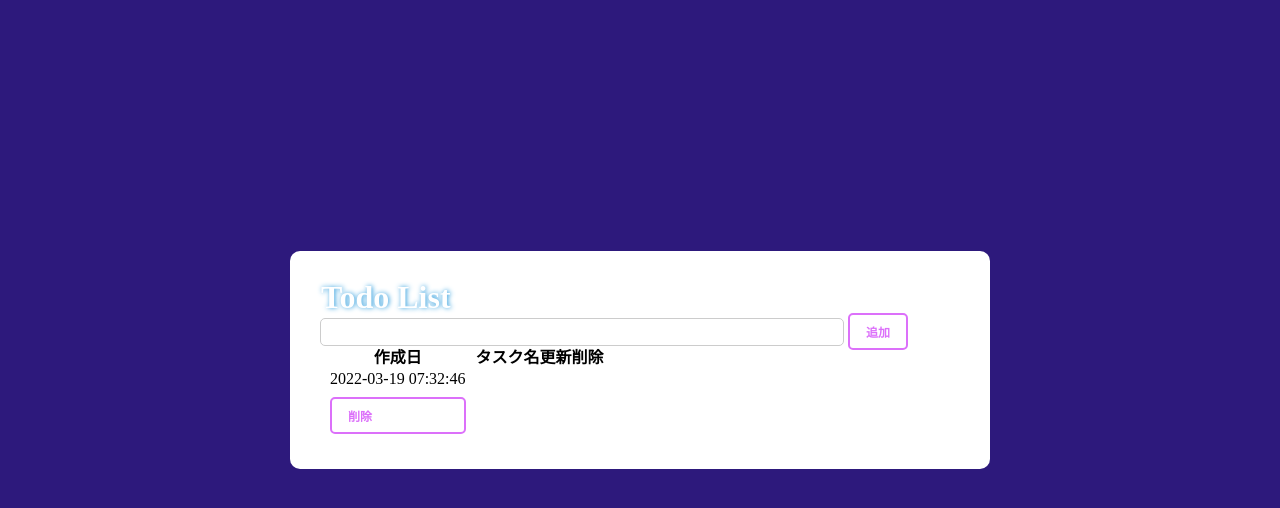
Repository: azuma2/todo
Page: http://localhost/
These files come from the project's save history. The page is drawn as it stood at one moment and after a run of saves; the edit follows.
The browser window is 1280 px wide. The pictures show the whole page.
The page is served by the project's Laravel application, run on PHP 8.4 with Laravel 8. Queries for data that is not in the repository find no rows.

Above is the page before, as saved 2022-03-21 13:24:27.

After the next 4 saves:
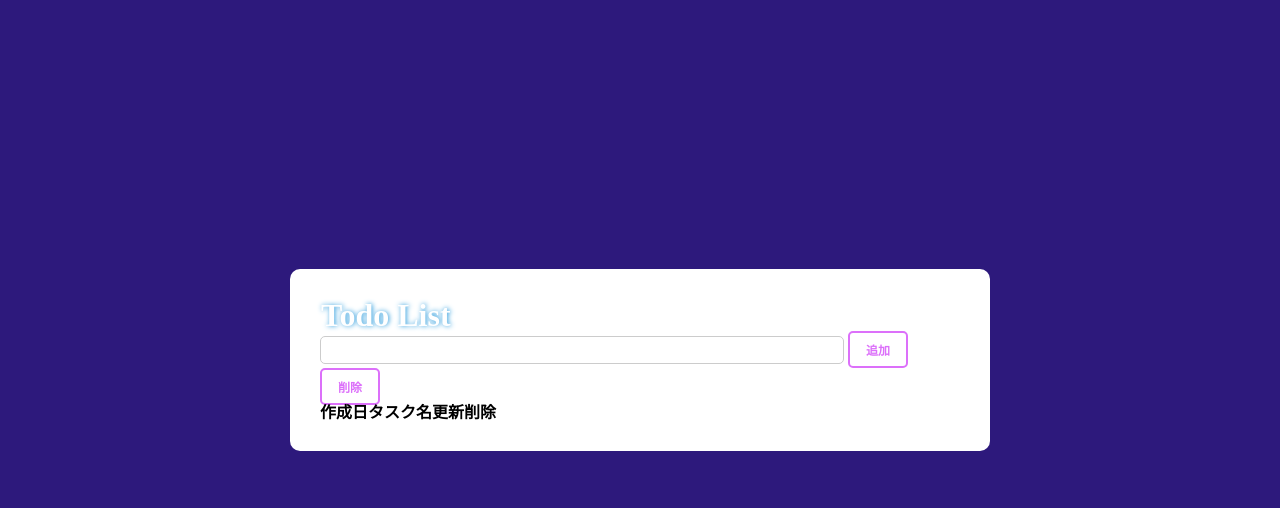
The 4 saves are shown as one change because they came seconds apart.
The last was saved 29 s later.
--- a/resources/views/index.blade.php
+++ b/resources/views/index.blade.php
@@ -107,13 +107,14 @@
             <th>削除</th>
           </tr>
                     <tr>
+            @foreach ($items as $item)
             <td>
               2022-03-19 07:32:46
             </td>
             <form action="/todo/update?id=1" method="post">
               @csrf
               <td>
- @foreach ($items as $item)
+
                 <input type="text" class="input-update" value="{{$item->content}}" name="content" />
               </td>
               <td>
